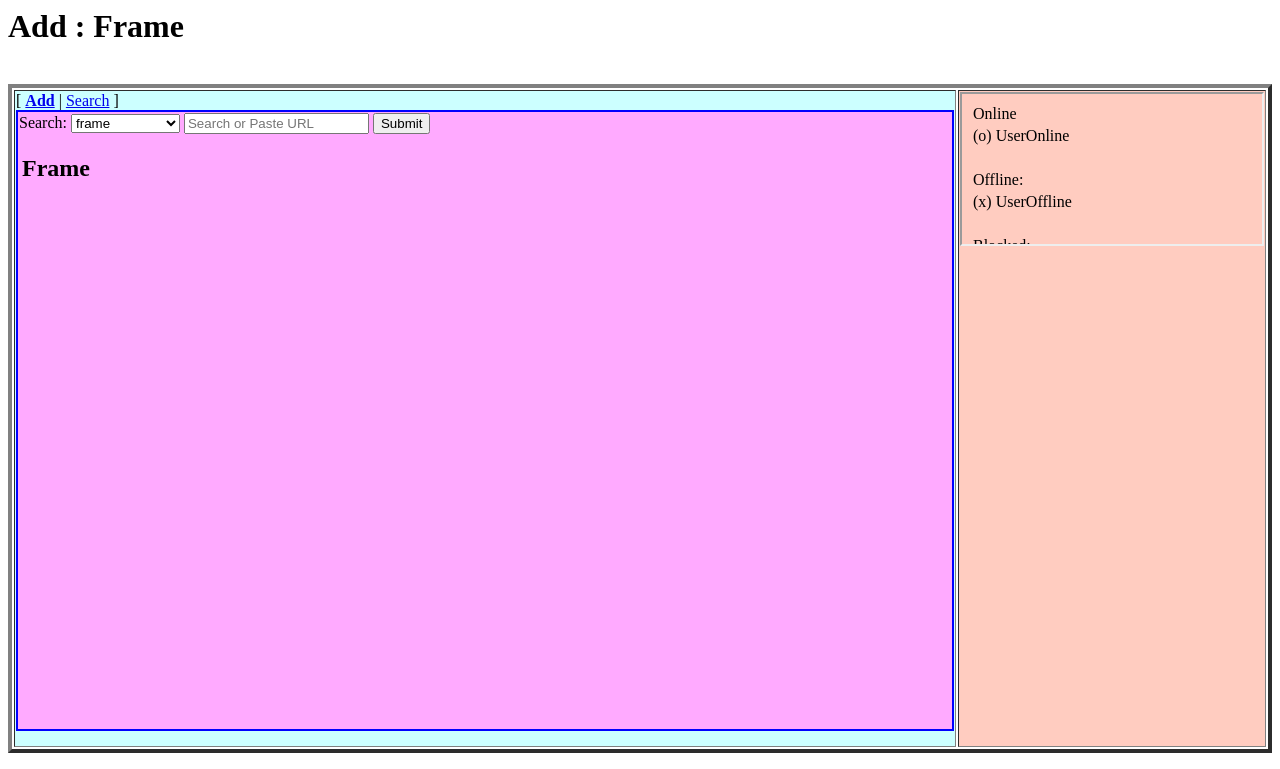
Repository: nevinleiby/SwapRC
Page: http://localhost/add_interface.php
An editor plug-in stored every save of this project. The page is shown before and after the next save, followed by the edit.
The browser window is 1280 px wide. The pictures show the whole page.
The page is run by PHP 8.4 with error messages shown; the project is at /var/www/html/. Queries for data that is not in the repository find no rows.

Above is the page before, as saved 2019-09-09 13:18:31.
Console error (its wording comes from the project's code and is left out).

After the next save:
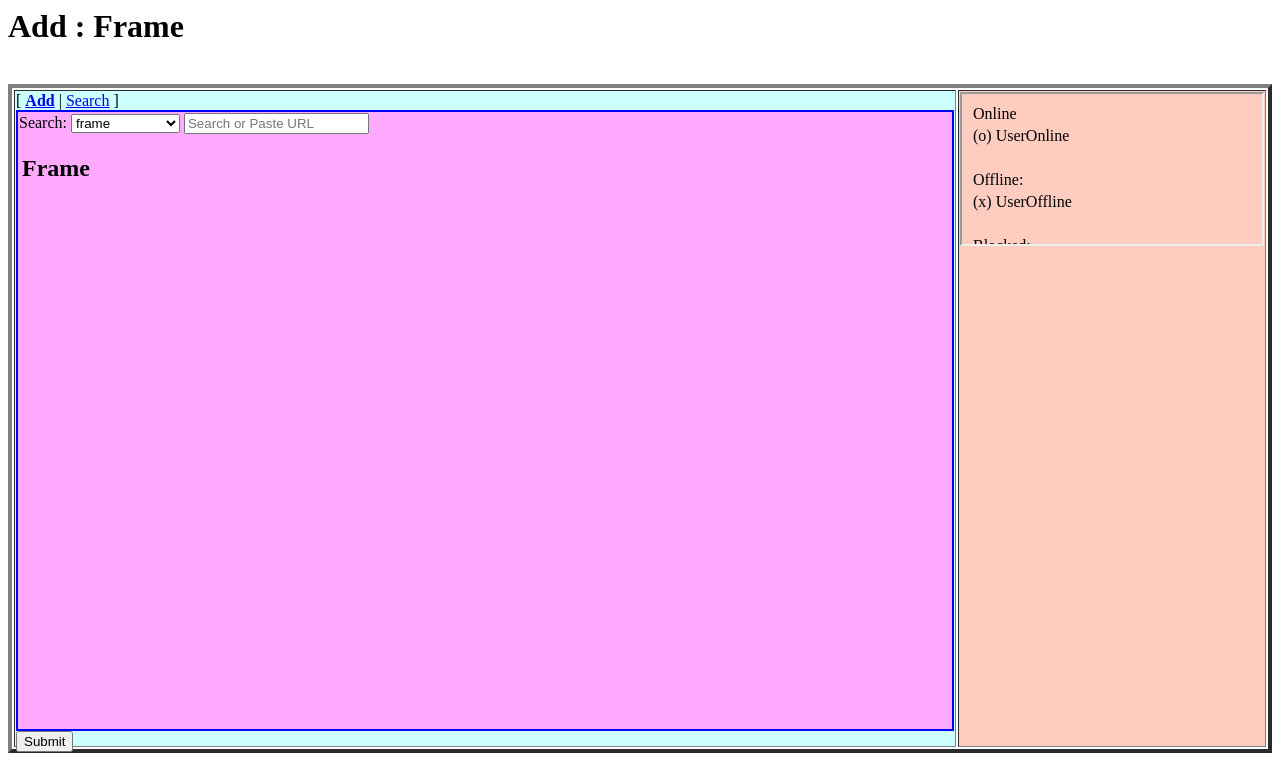
Saved 28 s later.
--- a/add_interface.php
+++ b/add_interface.php
@@ -340,7 +340,7 @@
                                         $select_options_text
                                     </select>
                                     <input onClick="this.select(); type=text name="Name" placeholder="Search or Paste URL">
-                                    <input type=submit name="submit">
+
 
                                     <br><br>
                                     <table>
@@ -361,6 +361,7 @@
 
                             </tr>
                         </table>
+                        <input type=submit name="submit">
                         </form>
 
                     </td>

After the save that followed:
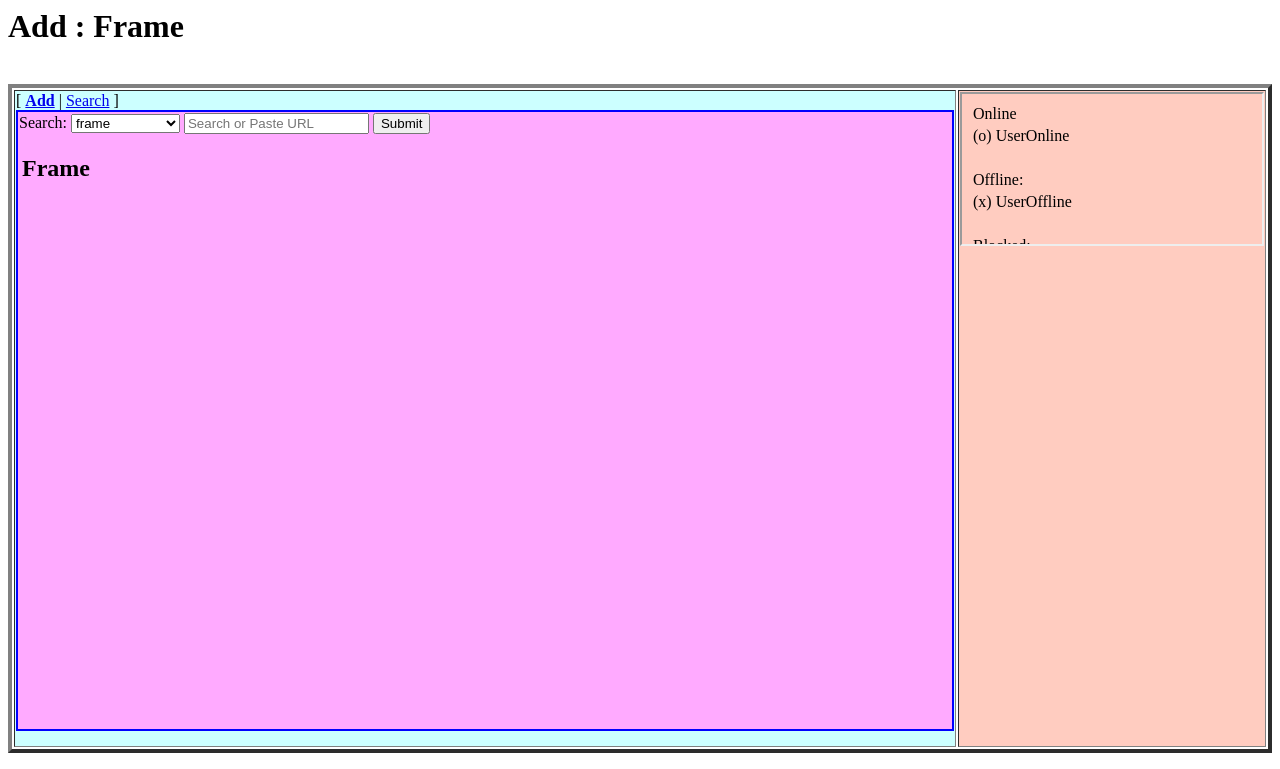
Saved 45 s later.
--- a/add_interface.php
+++ b/add_interface.php
@@ -340,7 +340,7 @@
                                         $select_options_text
                                     </select>
                                     <input onClick="this.select(); type=text name="Name" placeholder="Search or Paste URL">
-
+                                    <input type=submit name="submit">
 
                                     <br><br>
                                     <table>
@@ -361,7 +361,6 @@
 
                             </tr>
                         </table>
-                        <input type=submit name="submit">
                         </form>
 
                     </td>
